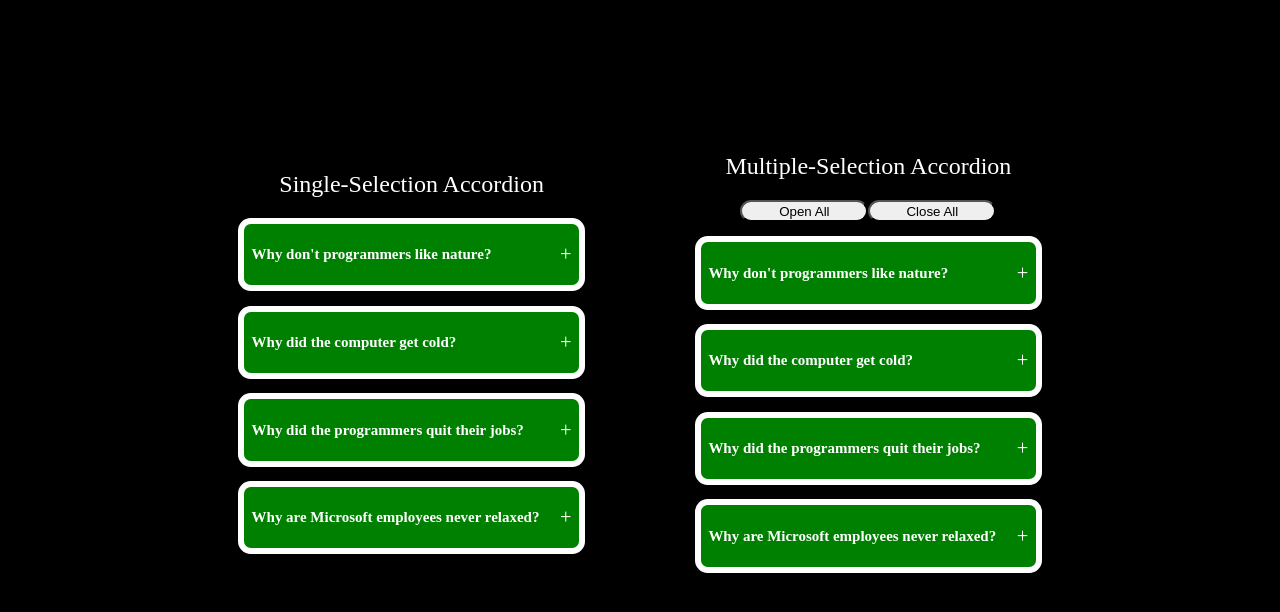
Repository: kosenijr/react-projects
Page: / (app in accordion/)
The author's editor kept a copy of each file at every save. The page is drawn from the files as they stood at one save, then again after the next save.
The browser window is 1280 px wide. The pictures show the whole page.
The project was rebuilt for these pictures with package versions that can differ from the ones it lists, and the page was loaded fresh each time.

Above is the page before, as saved 2024-03-03 13:13:52.

### accordion/src/App.js
import React from "react";
import "./App.css";
import SingleSelection from "./components/SingleSelection";
import MultiSelection from "./components/MultiSelection";

function App() {
  return (
    <div className="App">
      <SingleSelection />
      <MultiSelection />
    </div>
  );
}

export default App;

### accordion/src/App.css
.App {
  height: 100vh;
  width: 100vw;
  justify-content: space-evenly;
  text-align: center;
  align-items: center;
  display: flex;
  background-color: black;
  color: white;
  padding: 0 auto;
}

### accordion/src/components/SingleSelection.js
import React, { useState } from "react";
import "../styles/SingleSelection.css";
import data from "../data";

function SingleSelection() {
  // setting up useState.
  const [selected, setSelected] = useState(null);
  // setting up handling
  const handleSingleSelection = (getCurrentId) => {
    console.log(selected, getCurrentId);
    // setSelected(getCurrentId === selected ? null : getCurrentId); // keep add condition for closure
    setSelected(selected !== getCurrentId ? getCurrentId : null);
  };

  return (
    <div className="single-selection-wrapper">
      {/* Single-Selection Accordion */}
      <div className="single-selection-accordion">
        <h2 className="single-selection-description">Single-Selection Accordion</h2>
        {data && data.length > 0 ? (
          data.map((dataItem) => (
            <div className="single-selection-item" key={dataItem.id} onClick={() => handleSingleSelection(dataItem.id)}>
              {/* always remember to add key */}
              <div className="single-selection-title">
                <h3>{dataItem.question}</h3>
                <span className="single-selection-span">{selected === dataItem.id ? "-" : "+"}</span>
              </div>
              {selected === dataItem.id ? (
                <div className="single-selection-content ">{dataItem.answer}</div>
              ) : null}
            </div>
          ))
        ) : (
          <div>No data found!</div>
        )}
      </div>
    </div>
  );
}

export default SingleSelection;

### accordion/src/components/MultiSelection.js
import React, { useState } from "react";
import "../styles/MultiSelection.css";
import data from "../data";

function MultiSelection() {
  // setting up useState.
  const [selected, setSelected] = useState(null);
  // setting up handling
  const handleMultiSelection = (getCurrentId) => {
    console.log(selected, getCurrentId);
    // setSelected(getCurrentId === selected ? null : getCurrentId); // keep add condition for closure
    setSelected(selected !== getCurrentId ? getCurrentId : null);
  };

  return (
    <div className="multi-selection-wrapper">
      {/* Multi-Selection Accordion */}
      <div className="multi-selection-accordion">
        <h2 className="multi-selection-description">Multiple-Selection Accordion</h2>
        <button className="open-all">Open All</button>
        <button className="close-all">Close All</button>
        {data && data.length > 0 ? (
          data.map((dataItem) => (
            <div className="multi-selection-item" key={dataItem.id} onClick={() => handleMultiSelection(dataItem.id)}>
              {/* always remember to add key */}
              <div className="multi-selection-title">
                <h3>{dataItem.question}</h3>
                <span className="multi-selection-span">{selected === dataItem.id ? "-" : "+"}</span>
              </div>
              {selected === dataItem.id ? (
                <div className="multi-selection-content ">{dataItem.answer}</div>
              ) : null}
            </div>
          ))
        ) : (
          <div>No data found!</div>
        )}
      </div>
    </div>
  );
}

export default MultiSelection;

### accordion/src/styles/SingleSelection.css
.single-selection-wrapper {
  display: flex;
  align-items: center;
  margin-left: 10vw;
}

.single-selection-description {
  font-family: "Raleway";
  font-weight: 500;
}

.single-selection-item {
  background-color: green;
  color: white;
  font-size: 0.8em;
  font-family: "Raleway", "Times New Roman";
  margin: 2vh 0;
  padding: 1vh;
  width: 25vw;
  border: 0.5em solid white;
  cursor: pointer;
  border-radius: 1em;

}

.single-selection-title {
  display: flex;
  justify-content: space-between;
  align-items: center;
}

.single-selection-span {
  font-size: 1.6em;;
}

.single-selection-content {
  display: flex;
  justify-content: space-between;
  color: burlywood;
  align-items: left;
  font-size: 1.2em;
  font-family:  "Raleway", "Times New Roman";
  font-weight: 600;

}

### accordion/src/data.js
const data = [
  {
    id: 1,
    question: "Why don't programmers like nature?",
    answer: "It has too many bugs!",
  },

  {
    id: 2,
    question: "Why did the computer get cold?",
    answer: "It left its Windows open.",
  },

  {
    id: 3,
    question: "Why did the programmers quit their jobs?",
    answer: "Because they didn't get arrays!",
  },

  {
    id: 4,
    question: "Why are Microsoft employees never relaxed?",
    answer: "Because they're always on Edge.",
  },
];

export default data;

### accordion/src/styles/MultiSelection.css
.multi-selection-wrapper {
  display: flex;
  align-items: center;
  margin-right: 10vw;
}

.multi-selection-description {
  font-family: "Raleway";
  font-weight: 500;
}

.open-all, .close-all {
    height:3vh;
    width: 10vw;
    padding: 0 auto;
    border-radius: 1em;
}

.multi-selection-item {
  background-color: green;
  color: white;
  font-size: 0.8em;
  font-family: "Raleway", "Times New Roman";
  margin: 2vh 0;
  padding: 1vh;
  width: 25vw;
  border: 0.5em solid white;
  cursor: pointer;
  border-radius: 1em;

}

.multi-selection-title {
  display: flex;
  justify-content: space-between;
  align-items: center;
}

.multi-selection-span {
  font-size: 1.6em;
}

.multi-selection-content {
  display: flex;
  justify-content: space-between;
  color: burlywood;
  align-items: left;
  font-size: 1.2em;
  font-family: "Raleway", "Times New Roman";
  font-weight: 600;
}

Loaded but not shown: accordion/public/index.html (common file); accordion/src/index.js (common file); accordion/src/index.css (common file); accordion/src/reportWebVitals.js (common file)

After the next save:
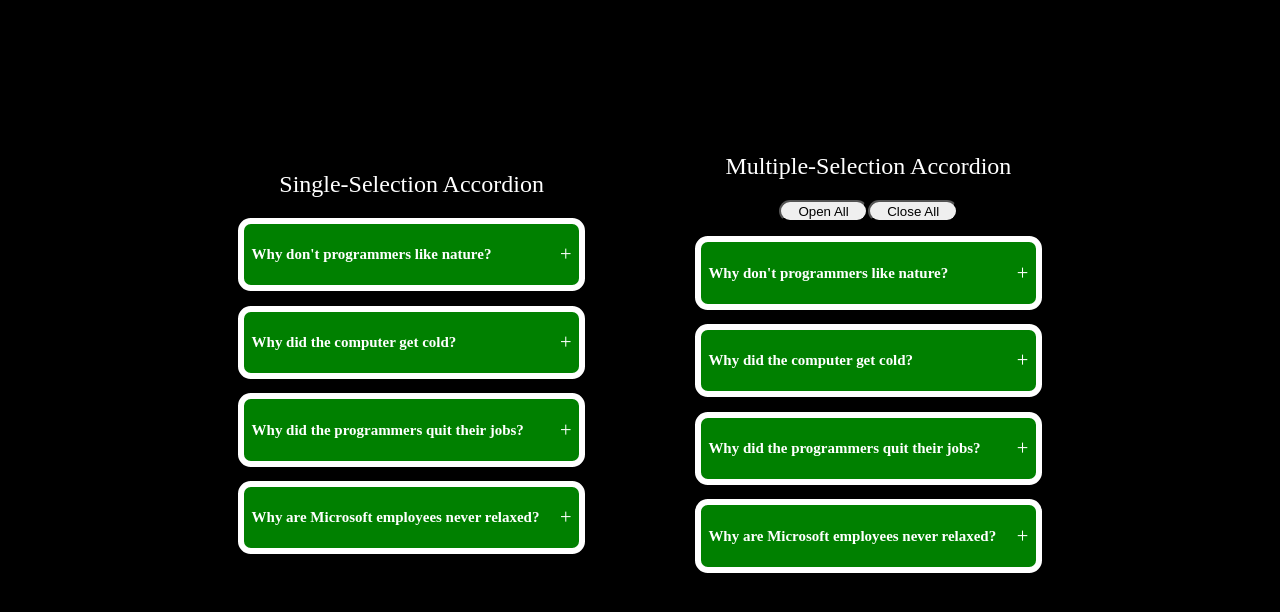
Saved 13 s later.
--- a/accordion/src/styles/MultiSelection.css
+++ b/accordion/src/styles/MultiSelection.css
@@ -11,8 +11,8 @@
 
 .open-all, .close-all {
     height:3vh;
-    width: 10vw;
-    padding: 0 auto;
+    width: 7vw;
+
     border-radius: 1em;
 }
 

After the save that followed:
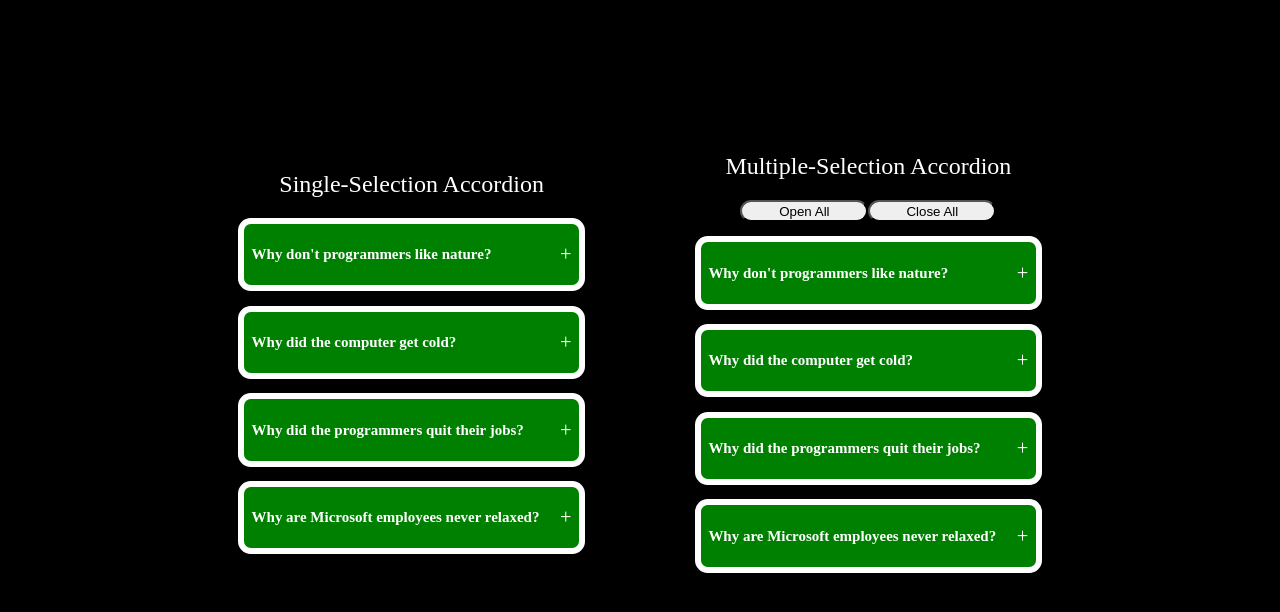
Saved 5 s later.
--- a/accordion/src/styles/MultiSelection.css
+++ b/accordion/src/styles/MultiSelection.css
@@ -11,7 +11,7 @@
 
 .open-all, .close-all {
     height:3vh;
-    width: 7vw;
+    width: 10vw;
 
     border-radius: 1em;
 }
